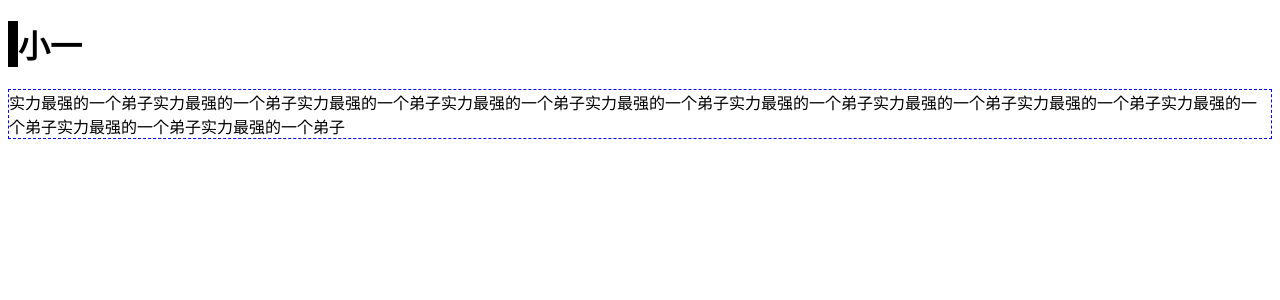
Repository: LYC-Android/JavaWebProject
Page: WebBasic/src/main/webapp/day02/demo5.html
An editor plug-in stored every save of this project. The page is shown before and after the next save, followed by the edit.
The browser window is 1280 px wide. The pictures show the whole page.

Above is the page before, as saved 2017-09-20 08:22:16.

### WebBasic/src/main/webapp/day02/demo5.html
<!DOCTYPE html>
<html>
<head>
<meta charset="UTF-8">
<title>Insert title here</title>
<style type="text/css">
/*1.四个边设置相同的边框*/
p {
	border:1px dashed blue;
}
/*2.单个边设置边框*/
h1 {
	border-left: 10px solid black;
}

/*3.块元素一般宽度默认是100%,高度会自适应,内容越多,它越高.当给它固定高度时可能会导致内容溢出.*/
</style>
</head>
<body>
	<h1>小一</h1>
	<p>实力最强的一个弟子实力最强的一个弟子实力最强的一个弟子实力最强的一个弟子实力最强的一个弟子实力最强的一个弟子实力最强的一个弟子实力最强的一个弟子实力最强的一个弟子实力最强的一个弟子实力最强的一个弟子</p>
</body>
</html>

After the next save:
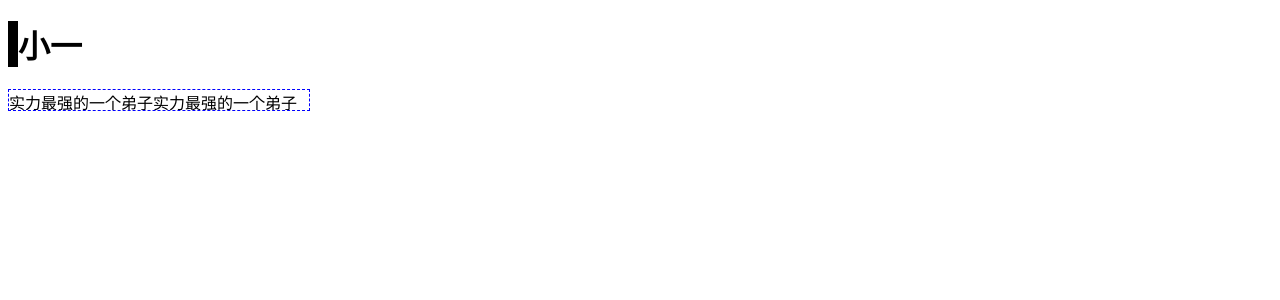
Saved 47 s later.
--- a/WebBasic/src/main/webapp/day02/demo5.html
+++ b/WebBasic/src/main/webapp/day02/demo5.html
@@ -14,6 +14,10 @@
 }
 
 /*3.块元素一般宽度默认是100%,高度会自适应,内容越多,它越高.当给它固定高度时可能会导致内容溢出.*/
+p{
+height: 20px;
+width: 300px;
+overflow: auto;}
 </style>
 </head>
 <body>
